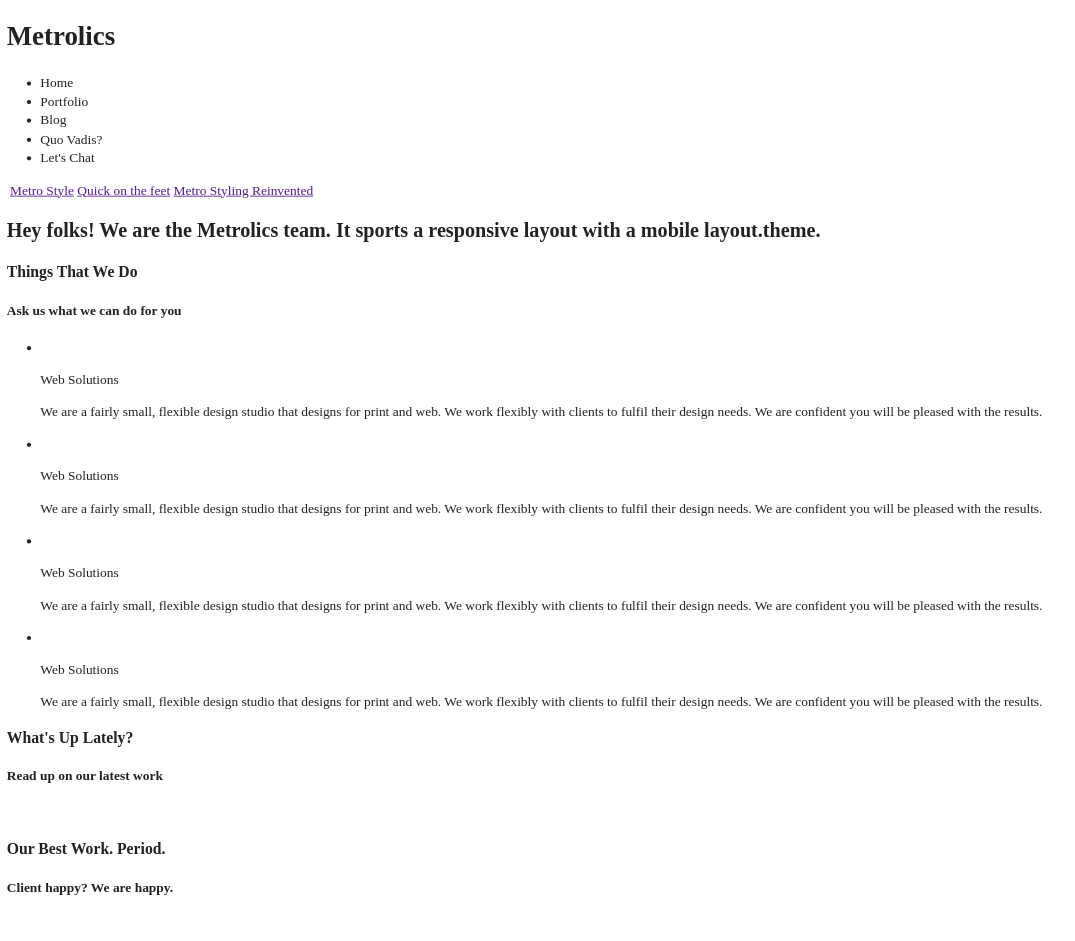
Repository: kaitlynlew/Lab02-Metrolics
Page: index.html
An editor plug-in stored every save of this project. The page is shown before and after the next save, followed by the edit.
The browser window is 1280 px wide. The pictures show the whole page, at 84% of full size.

Above is the page before, as saved 2025-01-22 15:19:44.

After the next save:
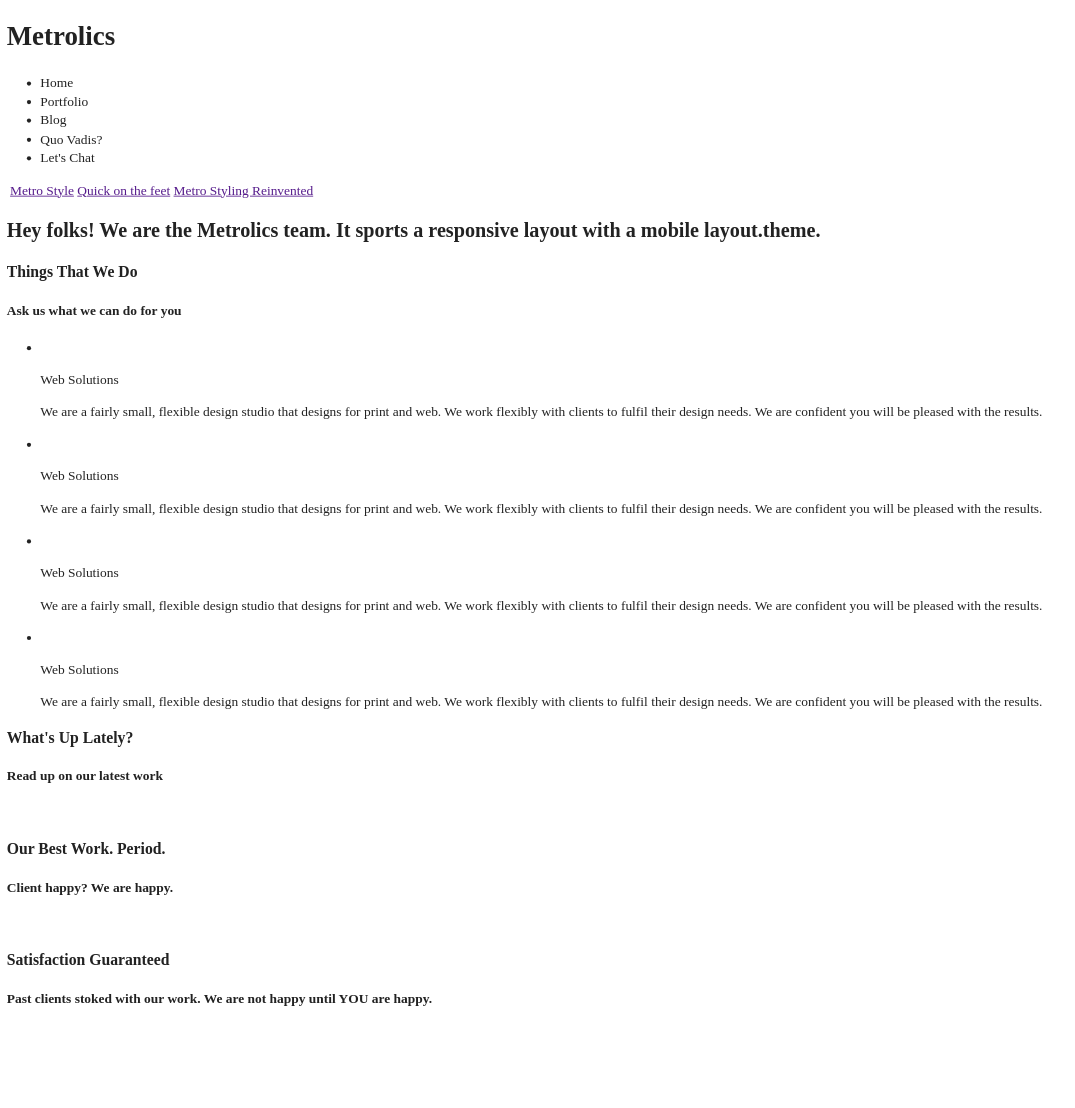
Saved 18 s later.
--- a/index.html
+++ b/index.html
@@ -96,6 +96,17 @@
   </div>
 </section>
 
+<section>
+  <h3>Satisfaction Guaranteed</h3>
+  <h4>Past clients stoked with our work. We are not happy until YOU are happy.</h4>
+  <div>
+      <div><img></div>
+      <div><img></div>
+      <div><img></div>
+      <div><img></div>
+  </div>
+</section>
+
   <script src="js/app.js"></script>
 
 </body>
